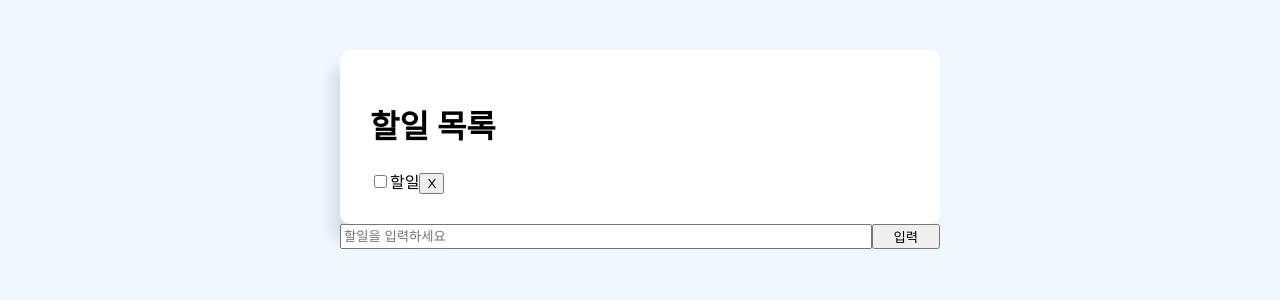
Repository: siwon9898/react-learn
Page: /
These files come from the project's save history. The page is drawn as it stood at one moment and after the next save; the edit follows.
The browser window is 1280 px wide. The pictures show the whole page.
The project was rebuilt for these pictures with package versions that can differ from the ones it lists, and the page was loaded fresh each time.

Above is the page before, as saved 2023-03-29 15:04:49.

After the next save:
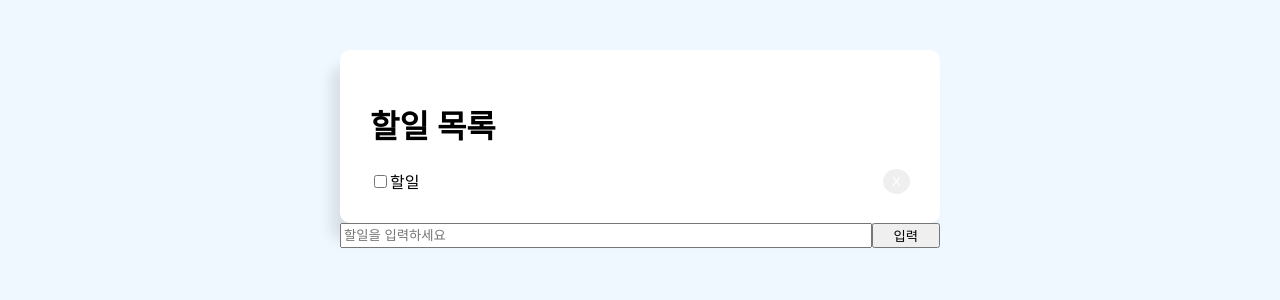
Saved 44 s later.
--- a/src/App.js
+++ b/src/App.js
@@ -105,6 +105,14 @@ import "./App.css";
 // }
 
 export default class App extends React.Component {
+  btnStyle = {
+    color: "#fff",
+    border: "none",
+    padding: "5px 9px",
+    borderRadius: "50%",
+    cursor: "pointer",
+    float: "right",
+  };
   render() {
     return (
       <div className="container">
